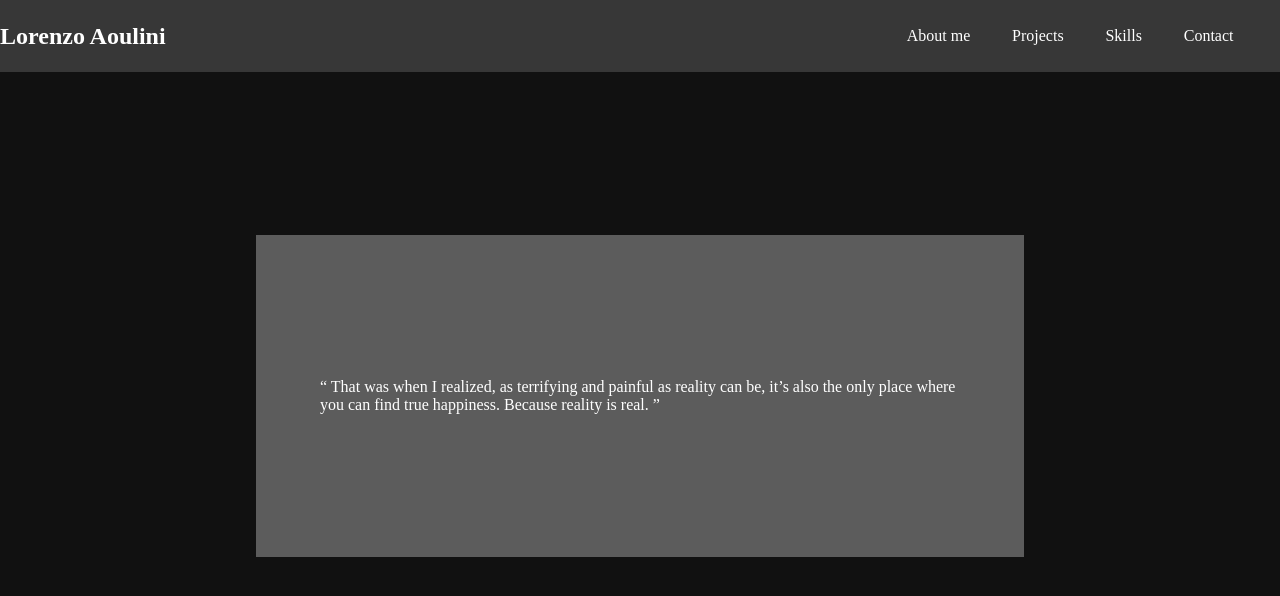
Repository: lolo298/lolo298.github.io
Page: index.html
An editor plug-in stored every save of this project. The page is shown before and after the next save, followed by the edit.
The browser window is 1280 px wide. The pictures show the whole page.

Above is the page before, as saved 2022-05-10 13:34:37.

After the next save:
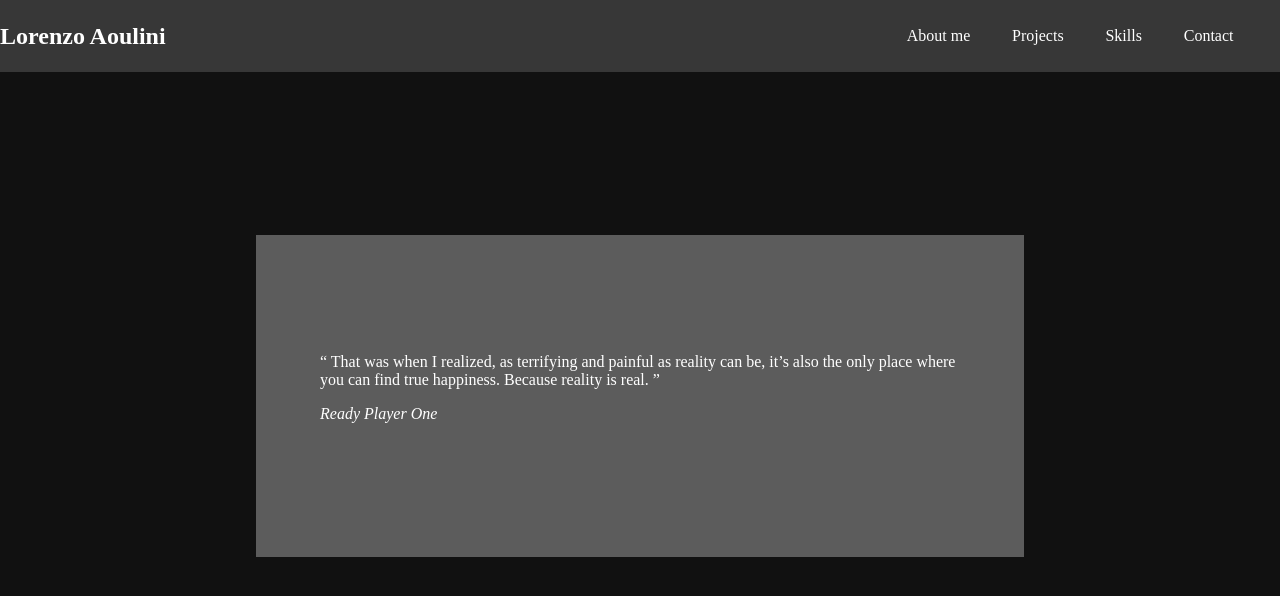
Saved 42 s later.
--- a/index.html
+++ b/index.html
@@ -36,7 +36,12 @@
                     <q>
                     That was when I realized, as terrifying and painful as reality can be, it’s also the only place where you can find true happiness. Because reality is real.
                 </q>
-                    <div class="quote-author"></div>
+                    <div class="quote-author">
+                        <p>
+                            <cite>Ready Player One</cite>
+
+                        </p>
+                    </div>
                 </div>
             </div>
         </div>
